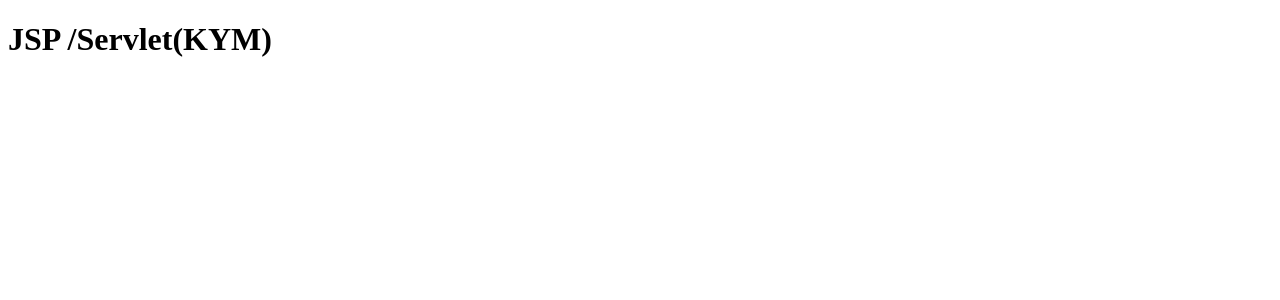
Repository: Kimgigon123123/JspServlet
Page: WorkSpace/01.HelloJspServlet/src/main/webapp/index.html
These files come from the project's save history. The page is drawn as it stood at one moment and after the next save; the edit follows.
The browser window is 1280 px wide. The pictures show the whole page.

Above is the page before, as saved 2023-05-18 00:51:22.

### WorkSpace/01.HelloJspServlet/src/main/webapp/index.html
<!DOCTYPE html>
<html>
<head>
<meta charset="UTF-8">
<title>Insert title here</title>
</head>
<body>
	<h1>JSP /Servlet(KYM)</h1>
</body>
</html>

After the next save:
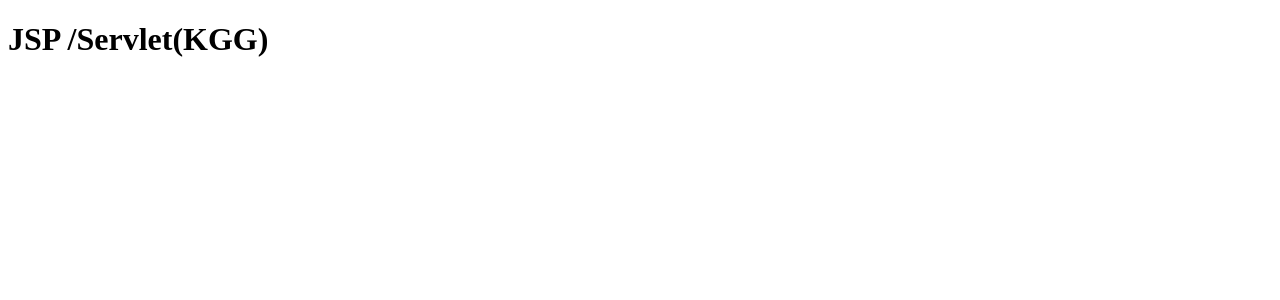
Saved 3 min 54 s later.
--- a/WorkSpace/01.HelloJspServlet/src/main/webapp/index.html
+++ b/WorkSpace/01.HelloJspServlet/src/main/webapp/index.html
@@ -5,6 +5,6 @@
 <title>Insert title here</title>
 </head>
 <body>
-	<h1>JSP /Servlet(KYM)</h1>
+	<h1>JSP /Servlet(KGG)</h1>
 </body>
 </html>
